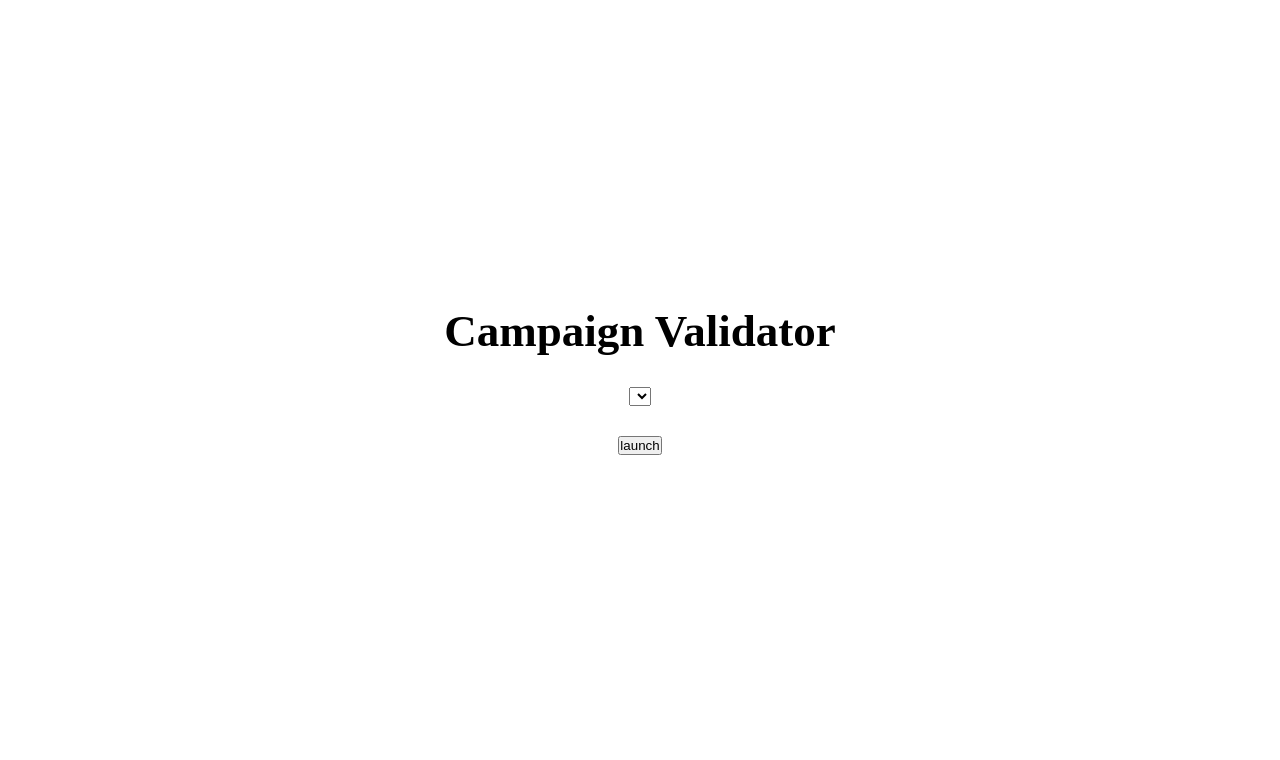
Repository: AbApin/project
Page: / (app in frontend/)
The author's editor kept a copy of each file at every save. The page is drawn from the files as they stood at one save, then again after a run of saves.
The browser window is 1280 px wide. The pictures show the whole page.
The page's requests for data from a server got no answer. The project was rebuilt for these pictures with package versions that can differ from the ones it lists, and the page was loaded fresh each time. No one was signed in, and anything a server would have sent is missing. Also part of the build but not shown: frontend/vue.config.js.

Above is the page before, as saved 2023-02-21 15:54:38.

After the next 2 saves:
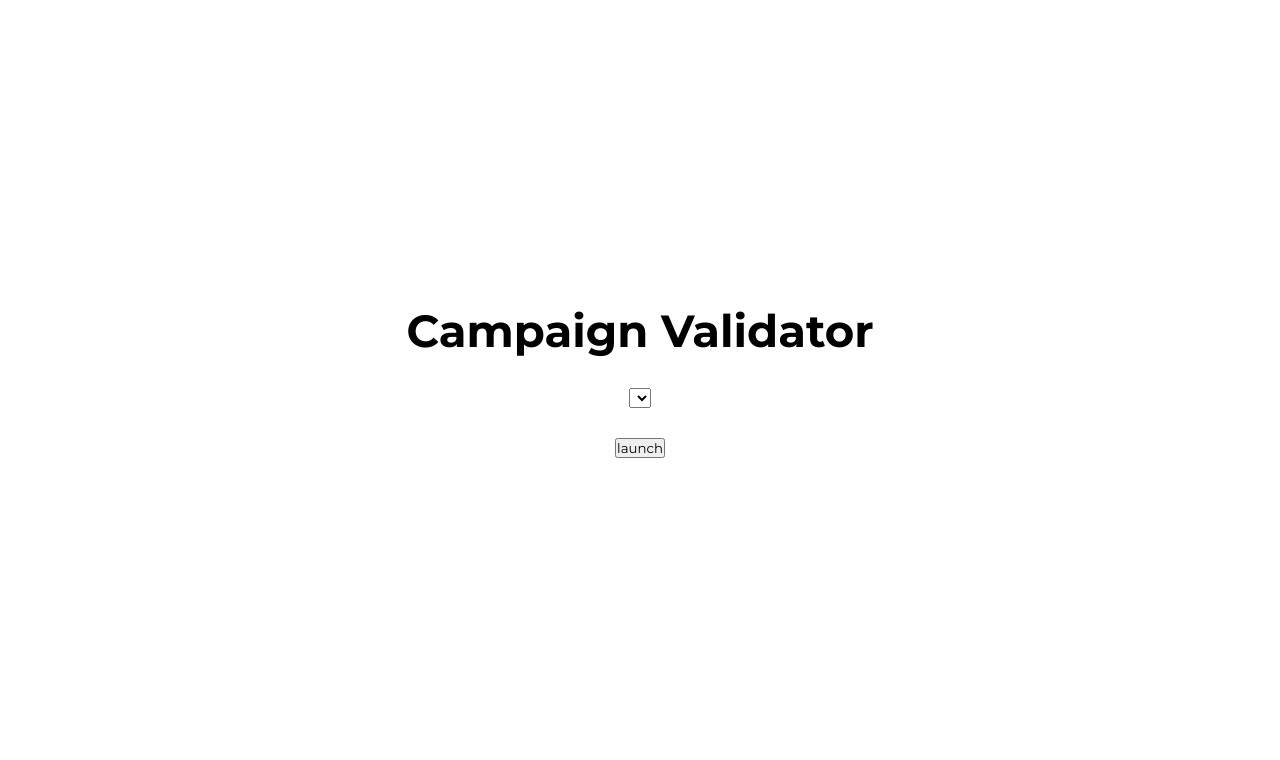
The 2 saves are shown as one change because they came seconds apart.
The last was saved 5 s later.
--- a/frontend/src/App.vue
+++ b/frontend/src/App.vue
@@ -29,7 +29,7 @@ export default {
   margin: 0;
   padding: 0;
   box-sizing: 0;
-  font
+  font-family: 'Montserrat', sans-serif;
 }
 #app {
   display: flex;
